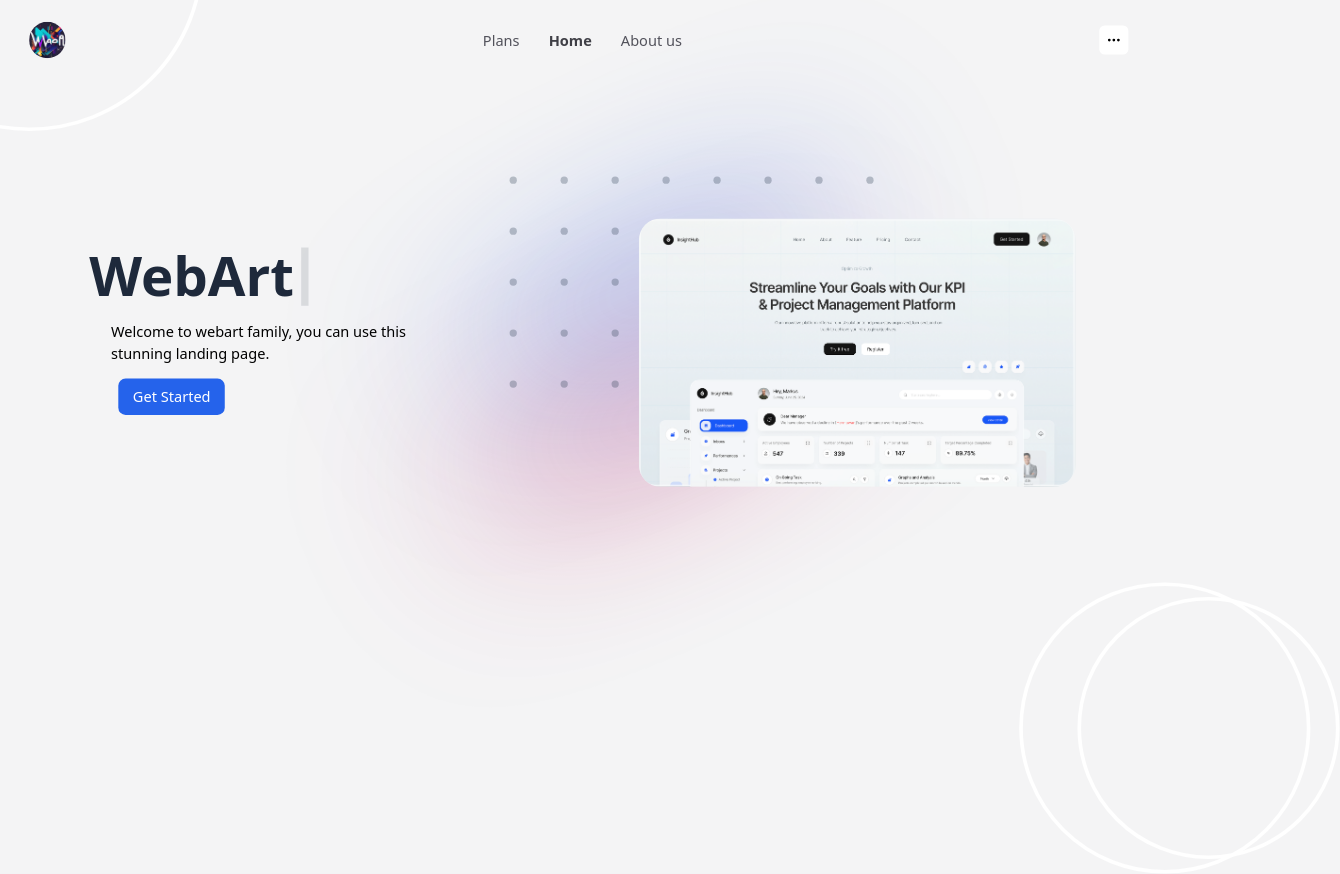
Repository: 30namp/youtube-web-art-code
Page: stunning landing page 1/index.html
These files come from the project's save history. The page is drawn as it stood at one moment and after the next save; the edit follows.
The browser window is 1280 px wide. The page is 1472 px wide, so the pictures cover 1472 px, including what lies to the right of the window. The pictures show the whole page, at 91% of full size.

Above is the page before, as saved 2024-09-26 21:54:26.

### stunning landing page 1/index.html
<!DOCTYPE html>
<html lang="en">
  <head>
    <meta charset="UTF-8" />
    <meta name="viewport" content="width=device-width, initial-scale=1.0" />
    <title>WebArt Design</title>
    <script src="./tailwindcss.min.js"></script>
  </head>
  <body class="h-screen bg-zinc-100 overflow-hidden">
    <div
      class="absolute right-[25%] top-[60%] h-12 w-[30rem] rounded-[100%] rotate-[-25deg] bg-pink-700 blur-[6rem]"
    ></div>
    <div
      class="absolute right-[25%] top-[40%] h-12 w-[30rem] rounded-[100%] rotate-[-25deg] bg-blue-700 blur-[6rem]"
    ></div>
    <div class="grid grid-cols-8 gap-12 absolute right-[25%] top-[27%]">
      <div class="rounded-full bg-slate-700/30 size-2 shadow-lg"></div>
      <div class="rounded-full bg-slate-700/30 size-2 shadow-lg"></div>
      <div class="rounded-full bg-slate-700/30 size-2 shadow-lg"></div>
      <div class="rounded-full bg-slate-700/30 size-2 shadow-lg"></div>
      <div class="rounded-full bg-slate-700/30 size-2 shadow-lg"></div>
      <div class="rounded-full bg-slate-700/30 size-2 shadow-lg"></div>
      <div class="rounded-full bg-slate-700/30 size-2 shadow-lg"></div>
      <div class="rounded-full bg-slate-700/30 size-2 shadow-lg"></div>
      <div class="rounded-full bg-slate-700/30 size-2 shadow-lg"></div>
      <div class="rounded-full bg-slate-700/30 size-2 shadow-lg"></div>
      <div class="rounded-full bg-slate-700/30 size-2 shadow-lg"></div>
      <div class="rounded-full bg-slate-700/30 size-2 shadow-lg"></div>
      <div class="rounded-full bg-slate-700/30 size-2 shadow-lg"></div>
      <div class="rounded-full bg-slate-700/30 size-2 shadow-lg"></div>
      <div class="rounded-full bg-slate-700/30 size-2 shadow-lg"></div>
      <div class="rounded-full bg-slate-700/30 size-2 shadow-lg"></div>
      <div class="rounded-full bg-slate-700/30 size-2 shadow-lg"></div>
      <div class="rounded-full bg-slate-700/30 size-2 shadow-lg"></div>
      <div class="rounded-full bg-slate-700/30 size-2 shadow-lg"></div>
      <div class="rounded-full bg-slate-700/30 size-2 shadow-lg"></div>
      <div class="rounded-full bg-slate-700/30 size-2 shadow-lg"></div>
      <div class="rounded-full bg-slate-700/30 size-2 shadow-lg"></div>
      <div class="rounded-full bg-slate-700/30 size-2 shadow-lg"></div>
      <div class="rounded-full bg-slate-700/30 size-2 shadow-lg"></div>
      <div class="rounded-full bg-slate-700/30 size-2 shadow-lg"></div>
      <div class="rounded-full bg-slate-700/30 size-2 shadow-lg"></div>
      <div class="rounded-full bg-slate-700/30 size-2 shadow-lg"></div>
      <div class="rounded-full bg-slate-700/30 size-2 shadow-lg"></div>
      <div class="rounded-full bg-slate-700/30 size-2 shadow-lg"></div>
      <div class="rounded-full bg-slate-700/30 size-2 shadow-lg"></div>
      <div class="rounded-full bg-slate-700/30 size-2 shadow-lg"></div>
      <div class="rounded-full bg-slate-700/30 size-2 shadow-lg"></div>
      <div class="rounded-full bg-slate-700/30 size-2 shadow-lg"></div>
      <div class="rounded-full bg-slate-700/30 size-2 shadow-lg"></div>
      <div class="rounded-full bg-slate-700/30 size-2 shadow-lg"></div>
      <div class="rounded-full bg-slate-700/30 size-2 shadow-lg"></div>
      <div class="rounded-full bg-slate-700/30 size-2 shadow-lg"></div>
      <div class="rounded-full bg-slate-700/30 size-2 shadow-lg"></div>
      <div class="rounded-full bg-slate-700/30 size-2 shadow-lg"></div>
      <div class="rounded-full bg-slate-700/30 size-2 shadow-lg"></div>
    </div>

    <div
      class="circle size-96 rounded-full border-4 border-white absolute -top-60 -left-40"
    ></div>
    <div
      class="circle size-80 rounded-full border-4 border-white absolute -bottom-60 -right-40"
    ></div>
    <div
      class="circle size-72 rounded-full border-4 border-white absolute -bottom-56 -right-48"
    ></div>

    <!-- navbar -->
    <nav
      class="z-10 absolute top-0 left-0 right-0 flex justify-center items-center py-8 px-8"
    >
      <a href="/" class="absolute left-0 px-8">
        <img class="size-10 rounded-full" src="./assets/img/logo.jpg" alt="" />
      </a>

      <div class="options flex items-center gap-8">
        <a class="text-zinc-600" href="#">Plans</a>
        <a class="text-zinc-700 font-semibold" href="#">Home</a>
        <a class="text-zinc-600" href="#">About us</a>
      </div>

      <button
        class="absolute p-2 bg-white rounded-md right-0 mx-10 hover:scale-105 active:scale-100 transition"
      >
        <svg
          xmlns="http://www.w3.org/2000/svg"
          width="16"
          height="16"
          fill="currentColor"
          class="bi bi-three-dots"
          viewBox="0 0 16 16"
        >
          <path
            d="M3 9.5a1.5 1.5 0 1 1 0-3 1.5 1.5 0 0 1 0 3m5 0a1.5 1.5 0 1 1 0-3 1.5 1.5 0 0 1 0 3m5 0a1.5 1.5 0 1 1 0-3 1.5 1.5 0 0 1 0 3"
          />
        </svg>
      </button>
    </nav>

    <!-- hero section -->
    <div class="hero-section relative pt-60 flex justify-around items-start">
      <div class="content flex flex-col items-start gap-4 pt-8">
        <div class="text-6xl font-bold text-slate-800 flex gap-2">
          <h1 class="hero-title">WebArt</h1>
          <div class="hero-title-cursor h-16 w-2 transition duration-500"></div>
        </div>
        <p class="description w-96 ml-6">
          Welcome to webart family, you can use this stunning landing page.
        </p>
        <button
          class="ml-8 px-4 py-2 rounded-lg bg-blue-600 text-white hover:scale-105 active:scale-100 transition"
        >
          Get Started
        </button>
      </div>
      <img class="w-[30rem] rounded-3xl" src="./assets/img/img.png" alt="" />
    </div>
  </body>
</html>
<script>
  let title = document.querySelector(".hero-title");
  let titleCursor = document.querySelector(".hero-title-cursor");
  let defaultText = title.innerHTML;
  let textComplete = " YT Group";
  let counter = 0;
  let direction = 1;
  setInterval(() => {
    if (counter == -1) direction = 1;
    if (counter == textComplete.length + 4) direction = -1;

    counter += direction;

    let text = defaultText;
    for (let i = 0; i < counter && i < textComplete.length; i++)
      text += textComplete[i];

    title.innerHTML = text;
  }, 200);

  setInterval(() => {
    titleCursor.classList.toggle("bg-slate-800");
  }, 600);
</script>

Loaded but not shown: stunning landing page 1/tailwindcss.min.js (library)

After the next save:
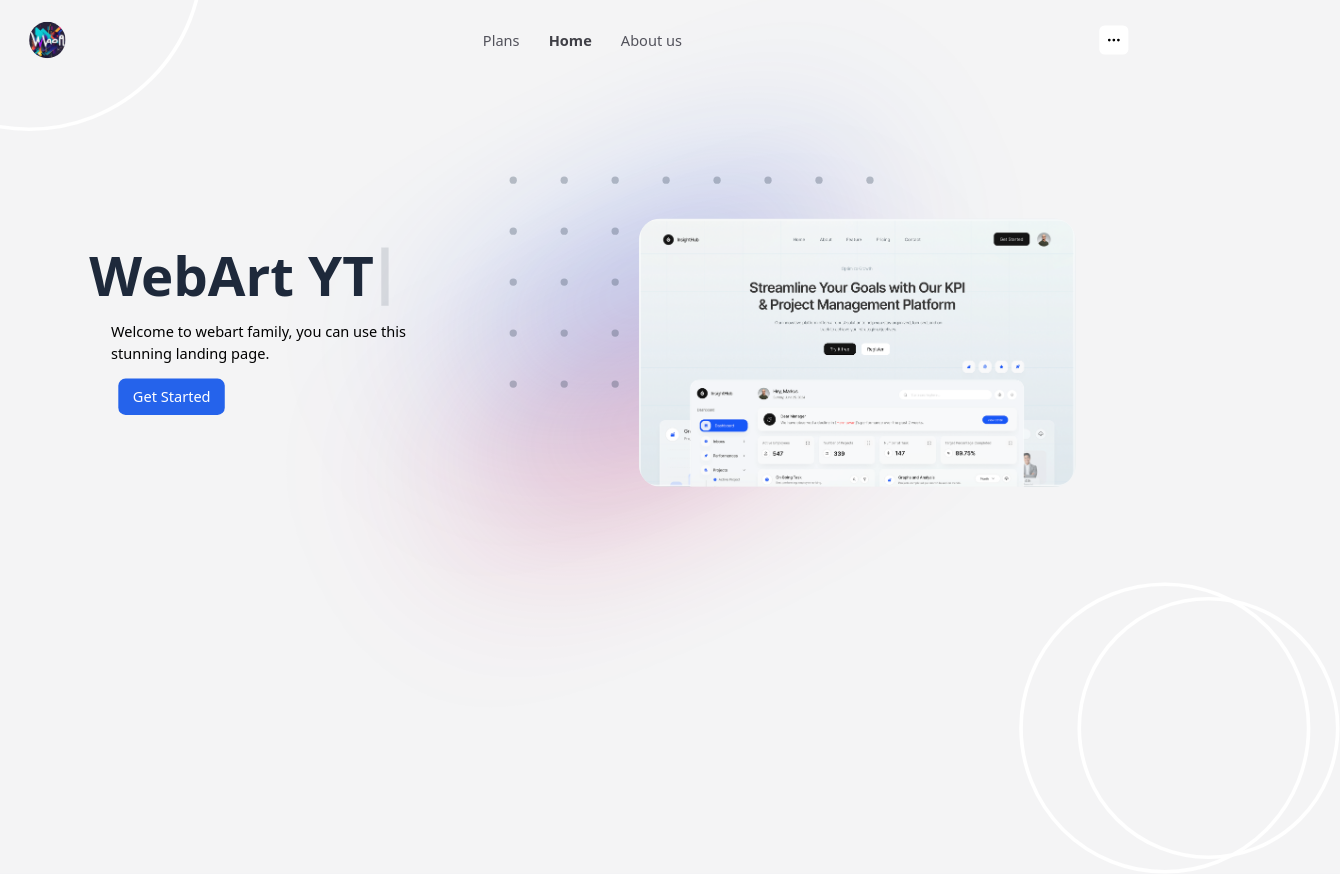
Saved 17 s later.
--- a/stunning landing page 1/index.html
+++ b/stunning landing page 1/index.html
@@ -122,7 +122,7 @@
   let title = document.querySelector(".hero-title");
   let titleCursor = document.querySelector(".hero-title-cursor");
   let defaultText = title.innerHTML;
-  let textComplete = " YT Group";
+  let textComplete = " YT GP";
   let counter = 0;
   let direction = 1;
   setInterval(() => {
